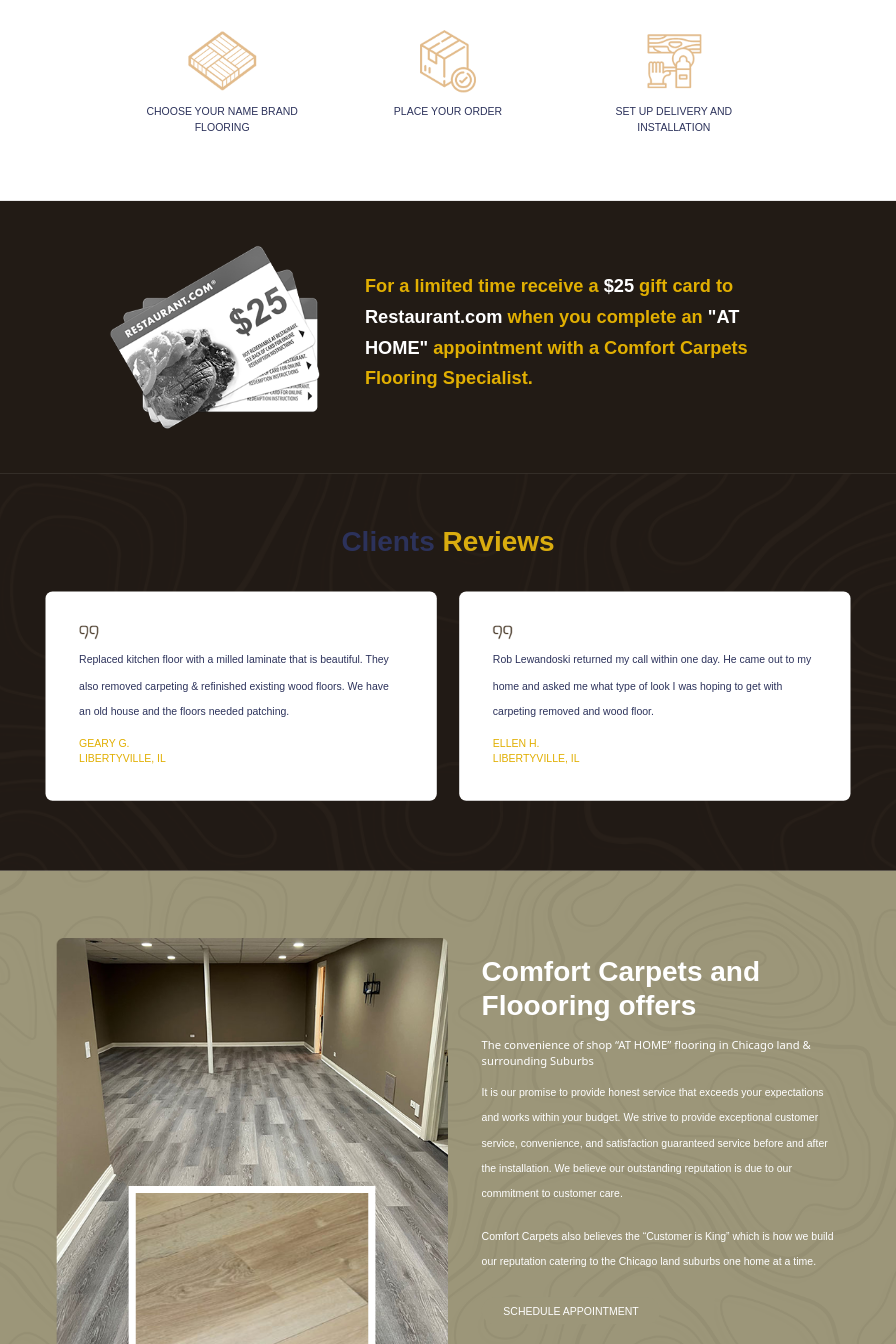
Repository: Ab-dur-Rehman/sscaseFolders
Page: index.html
These files come from the project's save history. The page is drawn as it stood at one moment and after the next save; the edit follows.
The browser window is 1280 px wide. The pictures show the part of the page from y = 2850 to 4770 px (the page is 5425 px tall), at 70% of full size.
Some web fonts or font styles are not loaded; a fallback is used.

Above is the page before, as saved 2022-12-26 14:50:16.

### index.html
<!doctype html>
<html lang="en">
  <head>
    <meta charset="utf-8">
    <meta name="viewport" content="width=device-width, initial-scale=1">
    <!-- Bootstrap CSS -->
    <link href="https://cdn.jsdelivr.net/npm/bootstrap@5.0.2/dist/css/bootstrap.min.css" rel="stylesheet" integrity="sha384-EVSTQN3/azprG1Anm3QDgpJLIm9Nao0Yz1ztcQTwFspd3yD65VohhpuuCOmLASjC" crossorigin="anonymous">
    <!-- Custom CSS -->
    <link rel="stylesheet" href="assets/css/style.css">
    <!-- FontAwesome -->
    <link rel="stylesheet" href="https://cdnjs.cloudflare.com/ajax/libs/font-awesome/6.2.1/css/all.min.css" integrity="sha512-MV7K8+y+gLIBoVD59lQIYicR65iaqukzvf/nwasF0nqhPay5w/9lJmVM2hMDcnK1OnMGCdVK+iQrJ7lzPJQd1w==" crossorigin="anonymous" referrerpolicy="no-referrer" />
    <!-- JQuery -->
    <script src="https://code.jquery.com/jquery-3.6.1.min.js" integrity="sha256-o88AwQnZB+VDvE9tvIXrMQaPlFFSUTR+nldQm1LuPXQ=" crossorigin="anonymous"></script>
    <!-- Bootstrap JS -->
    <script src="https://cdn.jsdelivr.net/npm/bootstrap@5.0.2/dist/js/bootstrap.bundle.min.js" integrity="sha384-MrcW6ZMFYlzcLA8Nl+NtUVF0sA7MsXsP1UyJoMp4YLEuNSfAP+JcXn/tWtIaxVXM" crossorigin="anonymous"></script>
    <!-- Custom Scripts -->
    <script type="module" src="assets/js/script.js"></script>

    <title>Comfort Carpets</title>
  </head>
  <body>
    <div class="col-lg-12 mx-auto main-wrapper">

      <header class="py-3 px-5 header-top">
        <div class="header-top-inner row gx-0 max-content d-flex flex-row align-items-center">
          <div class="col-md-3 logo-top mx-0 px-0">
            <a href="#"><img src="assets/images/logo.png" alt="logo"/></a>
          </div>
          <div class="col-md-9 header-left mx-0 px-0 py-0">
            <div class="top-call-info">
              <div class="top-call-info-inner d-flex flex-row justify-content-end align-items-center">
                <div class="top-call-info-inner-left px-4 d-flex flex-row align-items-center">
                  <i class="fa fa-volume-control-phone" aria-hidden="true"></i>
                  <span class="call-text px-2">Call or Text: </span>
                  <span class="call-number">847-327-9910</span>
                </div>
                <div class="top-call-info-inner-right">
                  <button type="button" class="btn btn-appointment">Schedule Appointment</button>
                </div>
              </div>
            </div>
            <div class="main-nav-wrapper">
              <nav class="navbar navbar-expand-lg navbar-light">
                <div class="container-fluid justify-content-end">
                  <button class="navbar-toggler" type="button" data-bs-toggle="collapse" data-bs-target="#navbarNav" aria-controls="navbarNav" aria-expanded="false" aria-label="Toggle navigation">
                    <span class="navbar-toggler-icon"></span>
                  </button>
                  <div class="collapse navbar-collapse justify-content-end" id="navbarNav">
                    <ul class="navbar-nav text-end">
                      <li class="nav-item">
                        <a class="nav-link active" aria-current="page" href="#">Home</a>
                      </li>
                      <li class="nav-item">
                        <a class="nav-link" href="#">Flooring</a>
                      </li>
                      <li class="nav-item">
                        <a class="nav-link" href="#">Carpet Repair</a>
                      </li>
                      <li class="nav-item">
                        <a class="nav-link" href="#">Resources</a>
                      </li>
                      <li class="nav-item">
                        <a class="nav-link" href="#">Gallery</a>
                      </li>
                      <li class="nav-item">
                        <a class="nav-link" href="#">Reviews</a>
                      </li>
                      <li class="nav-item">
                        <a class="nav-link" href="#">FAQ's</a>
                      </li>
                      <li class="nav-item">
                        <a class="nav-link" href="#">Contact Us</a>
                      </li>
                    </ul>
                  </div>
                </div>
              </nav>
            </div>
          </div>
        </div>
        <div class="header-bottom row gx-0 max-content d-flex flex-row align-items-center py-5 my-3">
          <div class="col-lg-6 banner-text mx-0 px-0">
            <div class="banner-text-inner">
              <h4 class="banner-title">All the latest trends and styles</h4>
              <p class="banner-sub">We keep our flooring as current as possible keeping up with the latest trends and styles.</p>
              <div class="top-call-info-inner-right">
                <button type="button" class="btn btn-appointment">Schedule Appointment</button>
              </div>
          </div>
          <div class="col-lg-6 mx-0 px-0"></div>
        </div>
      </header>
      <div class="header-bottom col-lg-12 mx-auto main-content-2">
        <div class="row gx-0 d-flex flex-row align-items-center py-5 my-3">
          <div class="tab-wrapper col-3 m-1">
            <div class="tab-price d-flex flex-row align-items-center">
              <sup>$</sup>150<span>00</br>OFF</span>
            </div>
            <span>Any Carpet Orders</span>
            <span>750 SQ. FT. or more.</span>
          </div>
          <div class="tab-wrapper col-3 m-1">
            <div class="tab-price d-flex flex-row align-items-center">
              <sup>$</sup>150<span>00</br>OFF</span>
            </div>
            <span>Any Carpet Orders</span>
            <span>750 SQ. FT. or more.</span>
          </div>
          <div class="tab-wrapper col-3 m-1">
            <div class="tab-price d-flex flex-row align-items-center">
              <sup>$</sup>75<span>00</br>OFF</span>
            </div>
            <span>Any Carpet Orders</span>
            <span>750 SQ. FT. or more.</span>
          </div>
          <div class="tab-wrapper col-3 m-1">
            <div class="tab-price d-flex flex-row align-items-center">
              <sup>$</sup>150<span>00</br>OFF</span>
            </div>
            <span>Any Carpet Orders</span>
            <span>750 SQ. FT. or more.</span>
          </div>
        </div>
      </div>
      <!-- <content class="col-12 main-content"> -->
      <content>
        <div class="content-top">
          <div class="row gx-0 d-flex flex-row align-items-top py-5 px-3 mx-auto main-content-2">
            <div class="cont-1-pic col-md-6">
              <img src="assets/images/about.png" alt="Cont-1-pic"/>
            </div>
            <div class="cont-1-text col-md-6 my-4">
              <div class="cont-1-text-inner p-text ps-md-5">
                <h1 class="h1">We Care About <span>Your Comfort</span></h1>
                <p>Comfort Carpets has been serving the Chicagoland area for over 25 years. We offer high quality flooring from countless manufacturers, with a unique selection of styles from traditional to contemporary and excellent value so that your dream room can become a reality.</p>
                <p>It is our promise to provide service that exceeds your expectations & works within your budget.</p>
                <button type="button" class="btn btn-read-more mt-2">Read More</button>
              </div>
            </div>
          </div>
        </div>
        <div class="content-2-wrapper py-5">
          <div class="row gx-0 d-flex flex-row flex-row-reverse align-items-top py-5 px-3 mx-auto main-content-2">
            <div class="cont-2-pic col-md-6">
              <img src="assets/images/3.png" alt="Cont-2-pic"/>
            </div>
            <div class="cont-2-text col-md-6 mt-4">
              <div class="cont-2-text-inner p-text pe-md-5">
                <h1 class="h1">We keep our flooring keeping up with the <span>latest trends</span></h1>
                <p>Our shop “At Home” experience starts with our flooring specialist traveling to you with our “mobile” showroom selections. You can view carpet, hardwood, laminate or vinyl at home to see what colors fit your style best. Our mobile showroom is fully stocked with all the flooring options, samples and information you need to make your decision right in the luxury of your home the same day.</p>
                <p>Our expert flooring specialist is your personal shopping consultant to ensure you make the right selection for your floors.</p>
                <button type="button" class="btn btn-read-more mt-2">Schedule Appointment</button>
              </div>
            </div>
          </div>
        </div>
        <div class="content-3-wrapper pt-5 p-text text-center">
          <div class="row gx-0 py-5 px-3 mx-auto main-content-3">
            <h1 class="h1 col-12 mb-5">You DREAM FLOORING is <br> just <span>3 simple steps</span> away from reality</h1>
            <div class="col-md-4">
              <div class="content-3-inner mx-auto">
                <img src="assets/images/step-1.png" alt="step-1"/>
                <p class="py-3">Choose your name brand flooring</p>
              </div>
            </div>
            <div class="col-md-4">
              <div class="content-3-inner mx-auto">
                <img src="assets/images/step-2.png" alt="step-2"/>
                <p class="py-3">Place your order</p>
              </div>
            </div>
            <div class="col-md-4">
              <div class="content-3-inner mx-auto">
                <img src="assets/images/step-3.png" alt="step-3"/>
                <p class="py-3">Set up delivery and installation</p>
              </div>
            </div>
          </div>
        </div>
        <div class="content-4-wrapper py-5 px-3">
          <div class="row gx-0 mx-auto main-content-3 d-flex flex-row align-items-center py-3">
            <div class="col-md-4">
                <img src="assets/images/cards.png" alt="cards"/>
            </div>
            <div class="col-md-8">
              <div class="content-4-inner-text p-text-2 ps-md-5">
                <p>For a limited time receive a <span>$25</span> gift card to <span>Restaurant.com</span> when you complete an <span>"AT HOME"</span> appointment with a Comfort Carpets Flooring Specialist.</p>
              </div>
            </div>
          </div>
        </div>
        <div class="content-reviews py-5 px-3">
          <div class="row gx-0 mx-auto main-content-2 d-flex flex-row align-items-center pt-4 pb-5">
            <div class="col-12 p-text pb-4">
              <h1 class="h1 text-center">Clients <span>Reviews</span></h1>
            </div>
            <div class="col-md-6 my-1">
              <div class="content-reviews-inner-text p-text p-5 me-md-3">
                <img src="assets/images/rev-q.png" alt="quote"/>
                <p>Replaced kitchen floor with a milled laminate that is beautiful. They also removed carpeting & refinished existing wood floors. We have an old house and the floors needed patching.</p>
                <span>
                  Geary G. <br> Libertyville, il
                </span>
              </div>
            </div>
            <div class="col-md-6 my-1">
              <div class="content-reviews-inner-text p-text p-5 ms-md-3">
                <img src="assets/images/rev-q.png" alt="quote"/>
                <p>Rob Lewandoski returned my call within one day. He came out to my home and asked me what type of look I was hoping to get with carpeting removed and wood floor.</p>
                <span>
                  Ellen H. <br> Libertyville, il
                </span>
              </div>
            </div>
          </div>
        </div>
        <div class="content-wrapper-6 py-5">
          <div class="row gx-0 d-flex flex-row align-items-top py-5 px-3 mx-auto main-content-2">
            <div class="cont-1-pic col-md-6">
              <img src="assets/images/comfort-bg.png" alt="Cont-1-pic"/>
            </div>
            <div class="cont-1-text col-md-6 my-4">
              <div class="cont-1-text-inner p-text ps-md-5">
                <h1 class="h1">Comfort Carpets and Floooring offers</h1>
                <h6>The convenience of shop “AT HOME” flooring in Chicago land & surrounding Suburbs</h6>
                <p>It is our promise to provide honest service that exceeds your expectations and works within your budget. We strive to provide exceptional customer service, convenience, and satisfaction guaranteed service before and after the installation. We believe our outstanding reputation is due to our commitment to customer care.</p>
                <p>Comfort Carpets also believes the “Customer is King” which is how we build our reputation catering to the Chicago land suburbs one home at a time.</p>
                <button type="button" class="btn btn-read-more mt-2">Schedule Appointment</button>
              </div>
            </div>
          </div>
        </div>
        <div class="content-gallery-wrapper py-5">
          <div class="row gx-0 py-4 px-3 mx-auto main-content-2 p-text">
            <h1 class="h1 text-center">Our Work <span>Gallery</span></h1>
            <ul class="flex-row align-items-center d-md-flex">
              <li><img src="assets/images/g1.png" alt="gallery 1"/></li>
              <li><img src="assets/images/g2.png" alt="gallery 2"/></li>
              <li><img src="assets/images/g3.png" alt="gallery 3"/></li>
              <li><img src="assets/images/g4.png" alt="gallery 4"/></li>
              <li><img src="assets/images/g5.png" alt="gallery 5"/></li>
            </ul>
          </div>
        </div>
      </content>
      <footer class="row gx-0 py-3 px-5 footer-wrapper text-center">

      </footer>
    </div>
  </body>
</html>

### assets/css/style.css
@import url('https://fonts.googleapis.com/css2?family=Amiko:wght@400;600;700&family=Chivo:wght@400;500;600;700&display=swap');


img { width:100%;}
/* body { color:#fff;} */

/* font-family: 'Amiko', sans-serif;
font-family: 'Chivo', sans-serif; */

.logo-top img {
    max-width: 242px;
}
.max-content {
    max-width: 1200px;
    margin: 0 auto;
    width: 100%;
}
.main-content-2 {
    max-width: 1150px;
    margin: 0 auto;
    width: 100%;
}
.header-top {
    background:url(../images/bnr.png);
    background-position: top center;
    background-repeat: no-repeat;
    background-size:cover;
}
.btn-appointment {
    background: #e1af02;
    color: #000;
    font-family: 'Amiko', sans-serif;
    padding: 12px 20px 10px 20px;
    border-radius: 5px;
    font-size: 16px;
    font-weight: 500;
    border-radius: 40px;
    line-height: 1;
}
.call-text {
    font-size: 15px;
    font-weight: 400;
    font-family: 'Amiko', sans-serif;
    color: #fff;
}
.call-number {
    font-size: 20px;
    font-weight: 500;
    font-family: 'Chivo', sans-serif;
    color: #fff;
}
.nav-link {
    font-size: 15px;
    font-weight: 400;
    font-family: 'Amiko', sans-serif;
    color: #fff!important;
}

.banner-title {
    font-size: 17px;
    font-weight: 500;
    font-family: 'Amiko', sans-serif;
    color: #fff;
    line-height: 1;
    text-transform: uppercase;
    text-shadow: 2px 2px 2px #777371;
}
.banner-sub {
    font-size: 45px;
    font-weight: 400;
    font-family: 'Chivo', sans-serif;
    color: #fff;
    line-height: 1.2;
    text-shadow: 2px 2px 2px #777371;
}
.tab-wrapper {
    border: 10px solid transparent;
    padding: 15px;
    /* border-image: url(../images/31.png) 4% round; */
    /* border-image-outset: 10px 5px 15px 5px; */
    /* border-image-slice: 70; */
    /* border-image-source:url('../images/31.png');
    border-image-repeat: stretch;
    border-image-slice: 30;
    border-image-width: 50px;
    border-image-outset: 10px; */

    border: 16px solid transparent;
	border-image: 16 repeating-linear-gradient(45deg, #656461 0, #656461 1em, transparent 0, transparent 2em, #656461 0, #656461 3em, transparent 0, transparent 4em);

}

.p-text h1 {
    /* font-size: 45px; */
    font-weight: 800;
    font-family: 'Chivo', sans-serif;
    color: #2c325b;
    margin-bottom: 20px;
}
.p-text h1 span {
    color: #d9ac0f;
}
.p-text p {
    font-size: 15px;
    font-weight: 400;
    font-family: 'Amiko', sans-serif;
    color: #2c325b;
    line-height: 2.5;
    margin-bottom: 30px;
}

.btn-read-more {
    background: #f9f5ed;
    color: #000;
    font-family: 'Amiko', sans-serif;
    padding: 12px 30px 10px 30px;
    border-radius: 5px;
    font-size: 15px;
    font-weight: 500;
    border-radius: 40px;
    line-height: 1;
    text-transform: uppercase;
}
.content-2-wrapper {
    background: #f9f5ed;
}
.main-content-3 {
    max-width: 1000px;
    margin: 0 auto;
    width: 100%;
}
.content-3-wrapper img {
    max-width: 97px;
    width: 100%;
}
.content-3-inner {
    max-width: 230px;
    width: 95%;
}
.content-3-wrapper.p-text p {
    line-height: 1.5;
    text-transform: uppercase;
}
.content-4-wrapper {
    background: #221b15;
}

.p-text-2 p{
    font-weight: 700;
    font-family: 'Chivo', sans-serif;
    color: #e1af02;
    font-size: 26px;
    line-height: 1.7;
}
.p-text-2 p span {
    color: #fff;
}
.content-4-wrapper img {
    max-width: 300px;
    width: 100%;
    display: block;
    margin: 0 auto;
}
.content-reviews {
    background: url(../images/bg.png);
    background-repeat: no-repeat;
    background-position: center;
    background-size: cover;
}
.content-reviews-inner-text img {
    max-width: 28px;
    margin-bottom: 10px;
    display: block;
}
.content-reviews-inner-text {
    background: #fff;
    border-radius:10px;
}
.content-reviews-inner-text.p-text p {
    margin-bottom: 0;
}
.content-reviews-inner-text span {
    font-size: 15px;
    font-weight: 500;
    font-family: 'Amiko', sans-serif;
    color: #e1af02;
    line-height: 1.5;
    text-transform: uppercase;
    display: block;
    padding-top: 15px;
}
.content-wrapper-6 {
    background: url(../images/bg-1.png);
    background-repeat: no-repeat;
    background-position: center;
    background-size: cover;
}
.content-wrapper-6 .p-text h1, .content-wrapper-6 .p-text h6, .content-wrapper-6 .p-text p {
    color: #fff;
}
.content-wrapper-6 .p-text h6 {
    line-height: 1.5;
    margin-bottom: 15px;
}
.content-wrapper-6 .p-text p {
    line-height: 2.4;
    margin-bottom: 25px;
}
.content-wrapper-6 .btn-read-more {
    background: #9c9679;
    color: #fff;
}
.content-gallery-wrapper ul {
    padding: 0;
    margin: 0;
}
.content-gallery-wrapper ul li {
    list-style: none;
    padding: 5px;
}
.content-gallery-wrapper ul li img {
    max-width: 220px;
    display: block;
    margin: 0 auto;
}

.footer-wrapper {
    background: #000;
}

/* //Responsive */

@media only screen and (max-width: 1350px) {

}

@media only screen and (max-width: 1262px) and (min-width: 1024px) {

}
@media only screen and (max-width: 1023px) {

}
@media only screen and (max-width: 982px) {

}
@media only screen and (max-width: 685px) {

}
@media only screen and (max-width: 576px) {

}

### assets/js/script.js
//doughnut
// var ctxD = document.getElementById("doughnutChart").getContext('2d');
// var ctxD2 = document.getElementById("doughnutChart2").getContext('2d');
// var myLineChart = new Chart(ctxD, {
//   type: 'doughnut',
//   data: {
//     labels: ["Red", "Green"],
//     datasets: [{
//       data: [25, 75],
//       backgroundColor: ["#F7464A", "#46BFBD"],
//       hoverBackgroundColor: ["#FF5A5E", "#5AD3D1"]
//     }]
//   },
//   options: {
//   	responsive: true
//   }
// });

// var myLineChart2 = new Chart(ctxD2, {
//     type: 'doughnut',
//     data: {
//       labels: ["Red", "Green"],
//       datasets: [{
//         data: [25, 75],
//         backgroundColor: ["#F7464A", "#46BFBD"],
//         hoverBackgroundColor: ["#FF5A5E", "#5AD3D1"]
//       }]
//     },
//     options: {
//         responsive: true
//     }
//   });

$(".option-icon-right input:checkbox").change(function(){
    $(this).closest("li").toggleClass('selected', this.checked);
    $('li.selected .option-icon-right label span').text('On');
    $('li:not(.selected) .option-icon-right label span').text('Off');
});

After the next save:
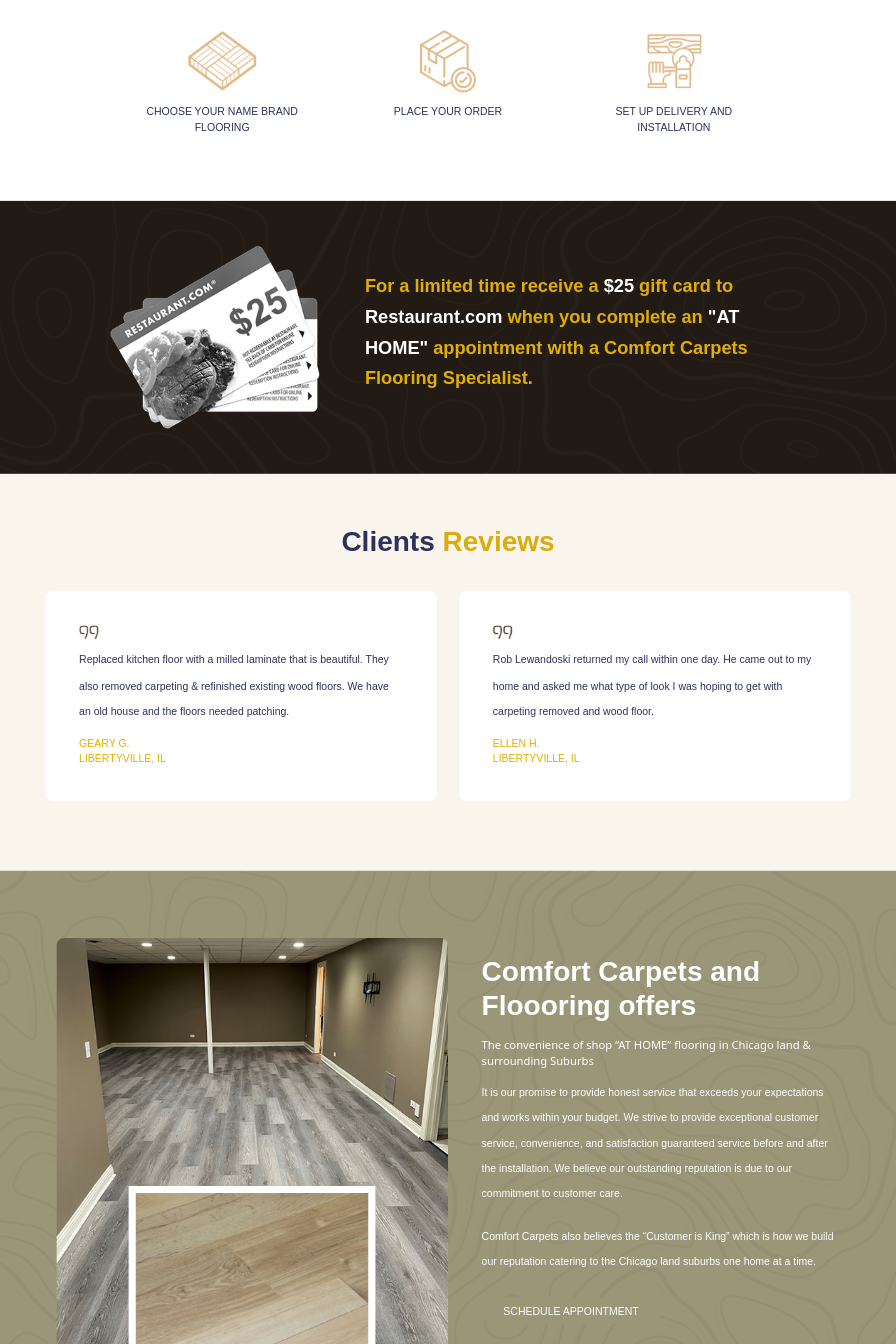
Saved 57 s later.
--- a/assets/css/style.css
+++ b/assets/css/style.css
@@ -142,30 +142,30 @@
     text-transform: uppercase;
 }
 .content-4-wrapper {
-    background: #221b15;
-}
-
-.p-text-2 p{
-    font-weight: 700;
-    font-family: 'Chivo', sans-serif;
-    color: #e1af02;
-    font-size: 26px;
-    line-height: 1.7;
-}
-.p-text-2 p span {
-    color: #fff;
-}
-.content-4-wrapper img {
-    max-width: 300px;
-    width: 100%;
-    display: block;
-    margin: 0 auto;
-}
-.content-reviews {
     background: url(../images/bg.png);
     background-repeat: no-repeat;
     background-position: center;
     background-size: cover;
+}
+
+.p-text-2 p{
+    font-weight: 700;
+    font-family: 'Chivo', sans-serif;
+    color: #e1af02;
+    font-size: 26px;
+    line-height: 1.7;
+}
+.p-text-2 p span {
+    color: #fff;
+}
+.content-4-wrapper img {
+    max-width: 300px;
+    width: 100%;
+    display: block;
+    margin: 0 auto;
+}
+.content-reviews {
+    background: #f9f5ed;
 }
 .content-reviews-inner-text img {
     max-width: 28px;
